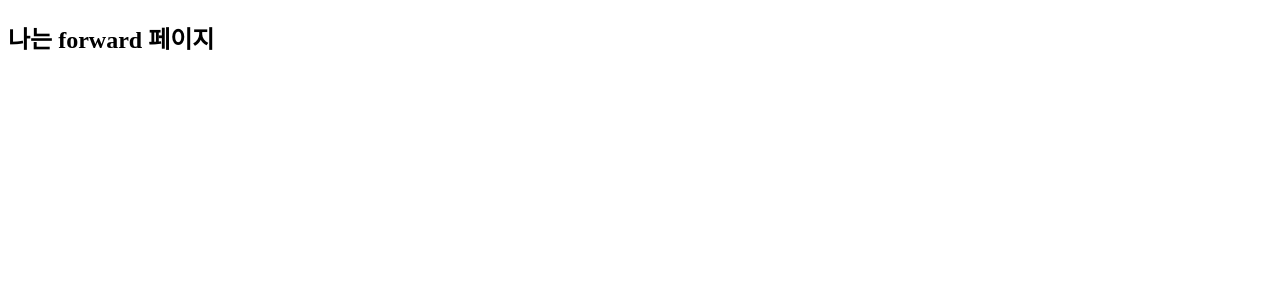
Repository: tldnwkd/jspclass2026
Page: http://localhost/chapter01/Request/RequestForward.jsp
An editor plug-in stored every save of this project. The page is shown before and after the next save, followed by the edit.
The browser window is 1280 px wide. The pictures show the whole page.
The page is served by Tomcat 9.

Above is the page before, as saved 2026-10-19 06:14:27.

### chapter01/src/main/webapp/Request/RequestForward.jsp
<%@ page language="java" contentType="text/html; charset=UTF-8"
    pageEncoding="UTF-8"%>
<!DOCTYPE html>
<html>
<head>
<meta charset="UTF-8">
<title>Insert title here</title>
</head>
<body>
	<h2>나는 forward 페이지</h2>
</body>
</html>

After the next save:
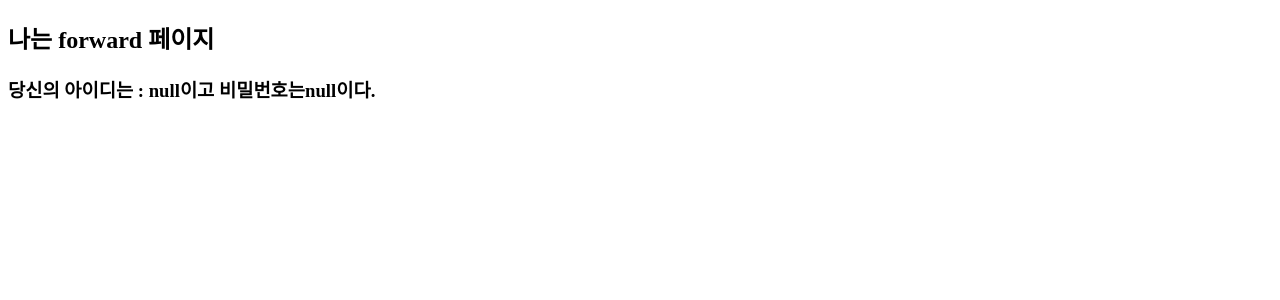
Saved 115 s later.
--- a/chapter01/src/main/webapp/Request/RequestForward.jsp
+++ b/chapter01/src/main/webapp/Request/RequestForward.jsp
@@ -8,5 +8,19 @@
 </head>
 <body>
 	<h2>나는 forward 페이지</h2>
+	<%
+		request.setCharacterEncoding("utf-8");
+		/*
+			request의 내장객체에 getParameter("name") 메소드를 이용하여
+			form에 입력한 정보를 꺼내올 수 있다.
+			단, request.getParameter("name")의 반환 데이터형식은 String이다.
+		*/
+		// "id"라는 name을 가진 input의 정보를 getParameter()를 통해 꺼내서
+		// 데이터 타입이 String인 id라는 변수에 값을 저장한다.
+		String id = request.getParameter("id");
+		String pass = request.getParameter("pass");
+	%>
+
+	<h3>당신의 아이디는 : <%=id %>이고 비밀번호는<%=pass %>이다.</h3>
 </body>
 </html>
